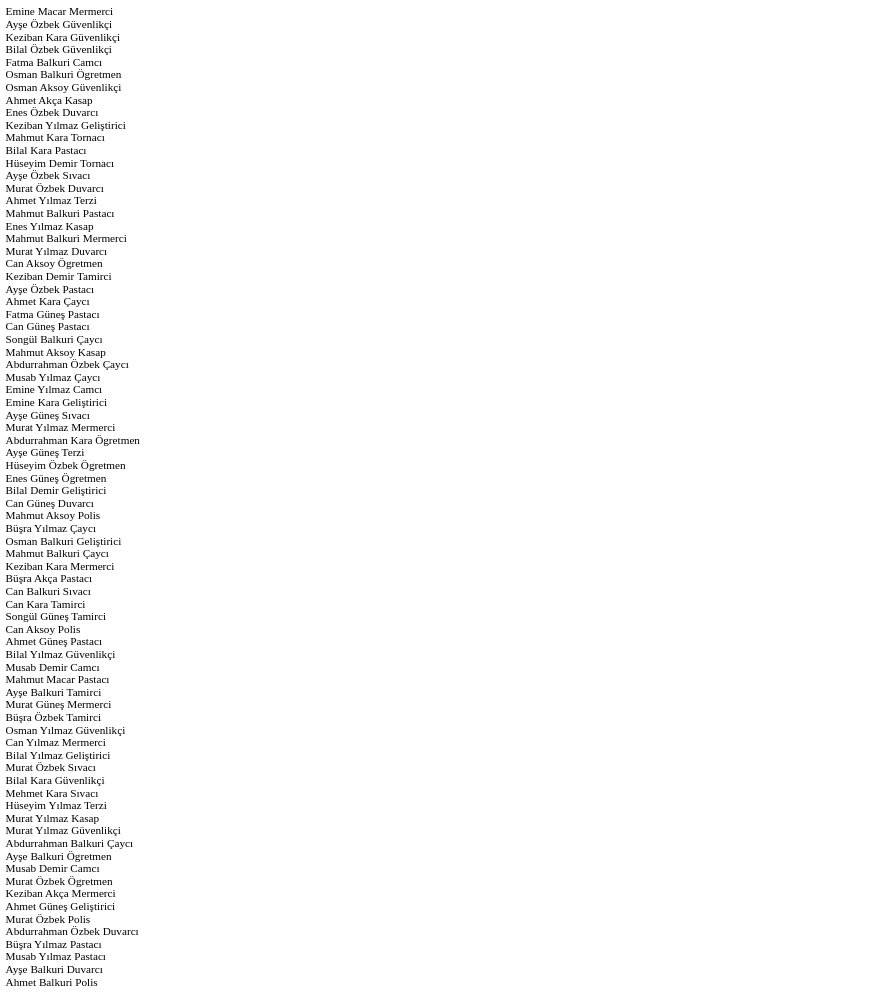
Repository: Sonvatan/S-f-rdan-geli-tirici-olmak-hafta-6
Page: İndex.html
These files come from the project's save history. The page is drawn as it stood at one moment and after the next save; the edit follows.
The browser window is 1280 px wide. The pictures show the part of the page from y = 0 to 1920 px (the page is 1420 px tall before and 4368 px after), at 70% of full size.

Above is the page before, as saved 2024-02-01 23:25:09.

After the next save:
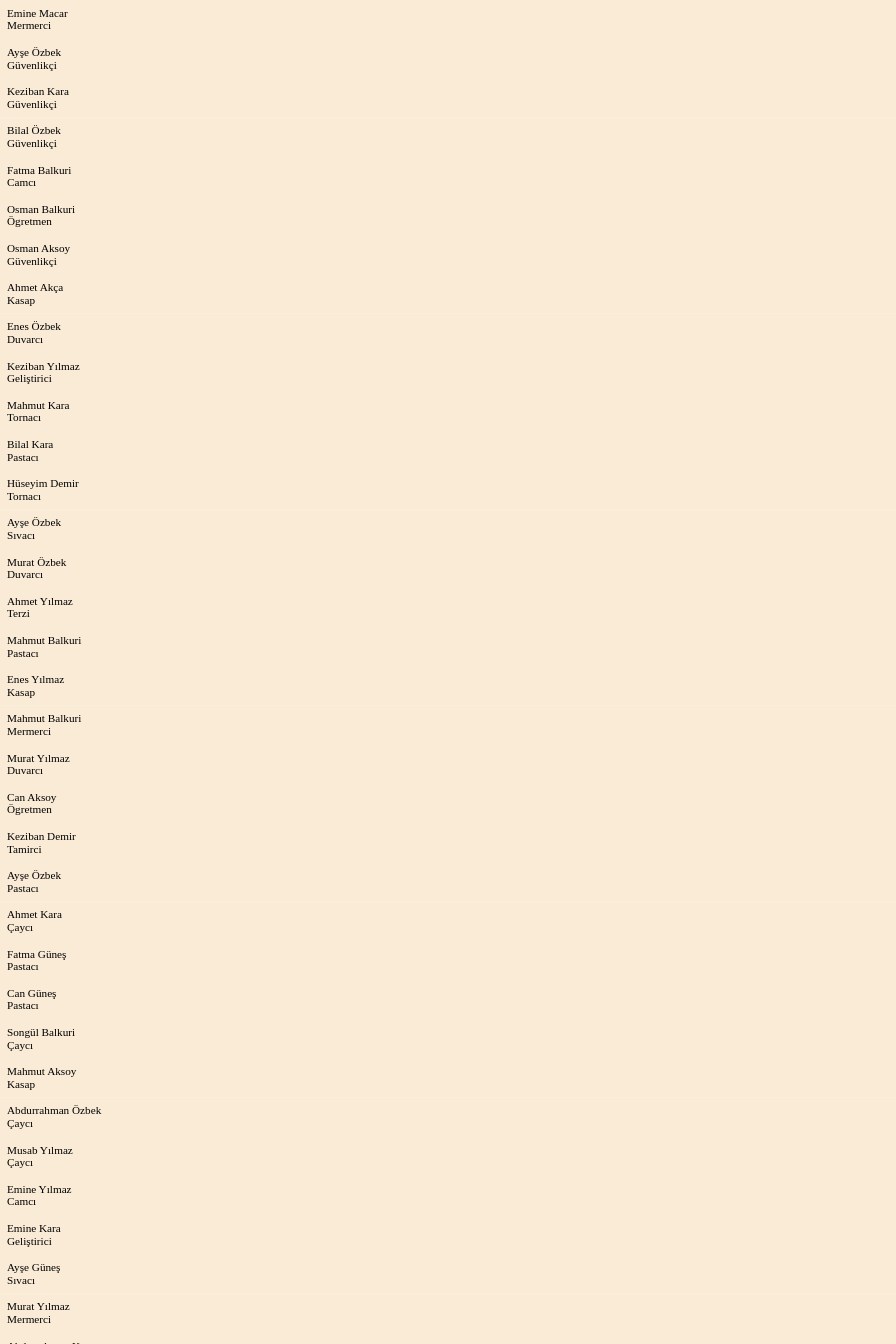
Saved 8 min 41 s later.
--- a/İndex.html
+++ b/İndex.html
@@ -1,7 +1,25 @@
 <html>
     <head>
         <title>Week-6</title>
-    </head>
+        <style>
+            * {
+                padding: 0;
+                margin: 0;
+            }
+
+            html, body {
+                background-color: beige;
+                height: 100%;
+                width: 100%;
+            }
+            .person {
+                background-color: antiquewhite;
+                flex-direction: column;
+                display: flex;
+                padding: 10px;
+            }
+        </style>
+
     <body>
         <div id = "root"></div>
 
@@ -100,5 +118,6 @@
             });
 
        </script>
+    </head>
     </body>
 </html>
